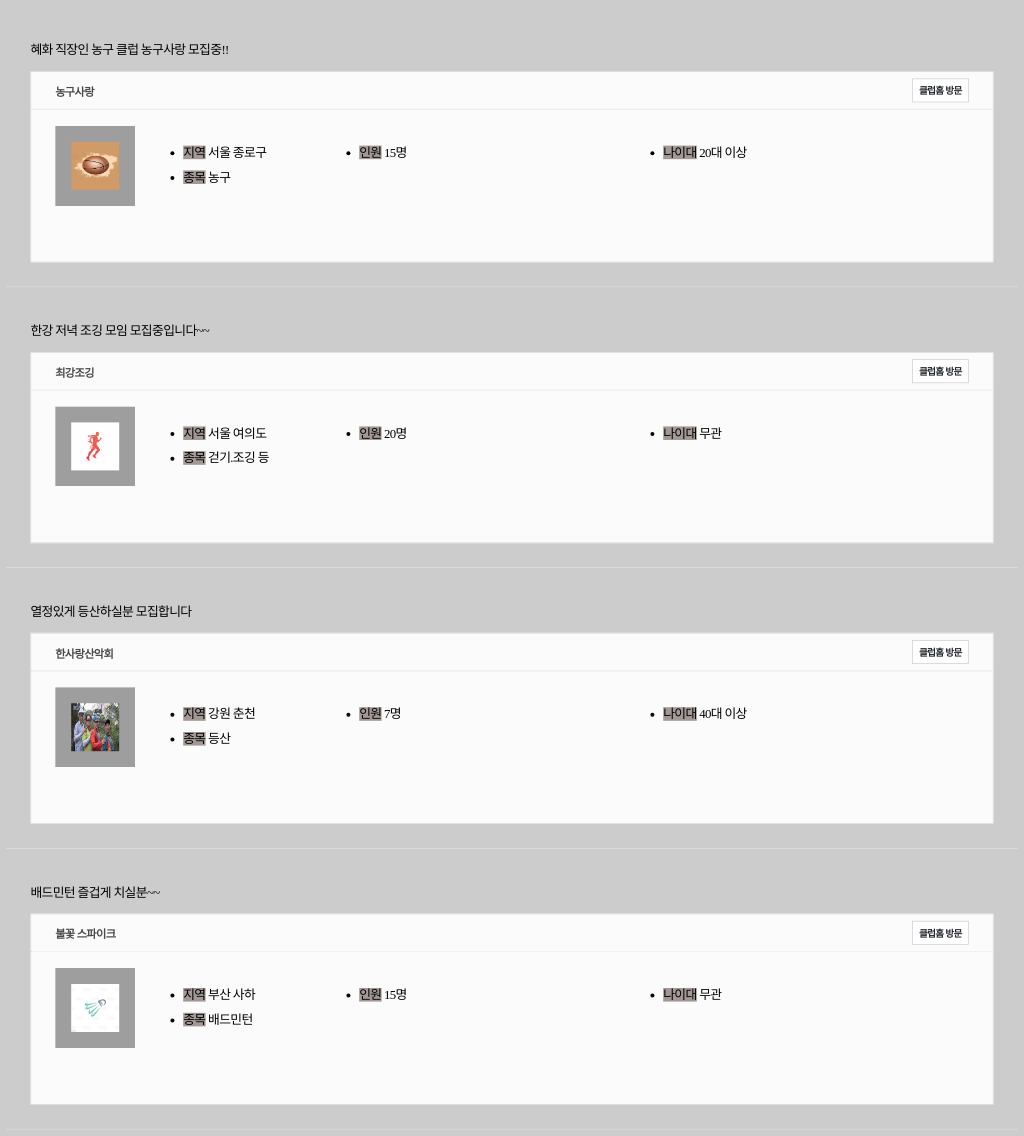
Repository: jaemin333/study
Page: club.html
The author's editor kept a copy of each file at every save. The page is drawn from the files as they stood at one save, then again after the next save.
The browser window is 1280 px wide. The pictures show the whole page, at 80% of full size.
Pictures or frames that could not be fetched are drawn as grey boxes.

Above is the page before, as saved 2021-07-02 21:32:50.

After the next save:
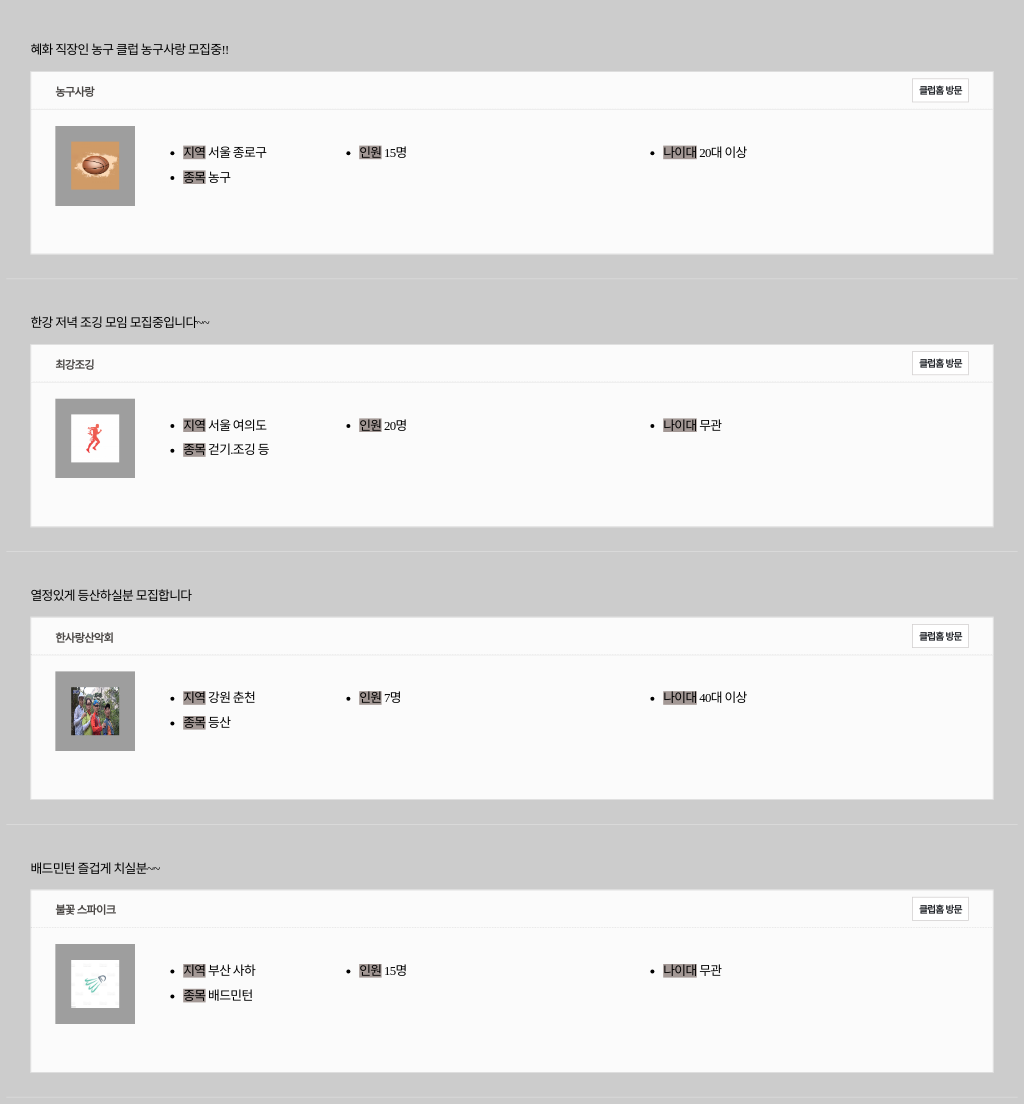
Saved 2 min 27 s later.
--- a/style.css
+++ b/style.css
@@ -74,7 +74,7 @@ li {
     border: 1px solid #dadada;
     border-top: 0;
     background-color: #fbfbfb;
-    height:150px;
+    height:140px;
 }
 
 .clubBox .clubTit {
